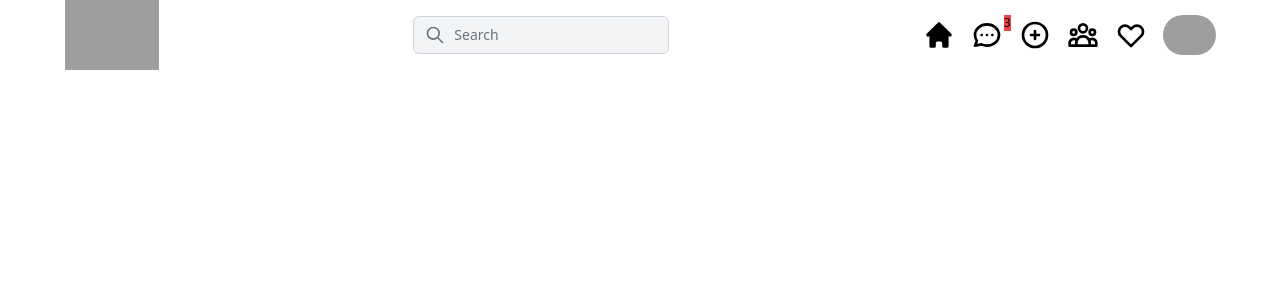
Repository: Qu4ntumGuy/insta-clone
Page: /
The author's editor kept a copy of each file at every save. The page is drawn from the files as they stood at one save, then again after the next save.
The browser window is 1280 px wide. The pictures show the whole page.
Pictures or frames that could not be fetched are drawn as grey boxes. The project was rebuilt for these pictures with package versions that can differ from the ones it lists, and the page was loaded fresh each time. The framework's server and built-in components were replaced by stand-ins that run in the browser. Also part of the build but not shown: next.config.js.

Above is the page before, as saved 2022-03-16 13:17:42.

After the next save:
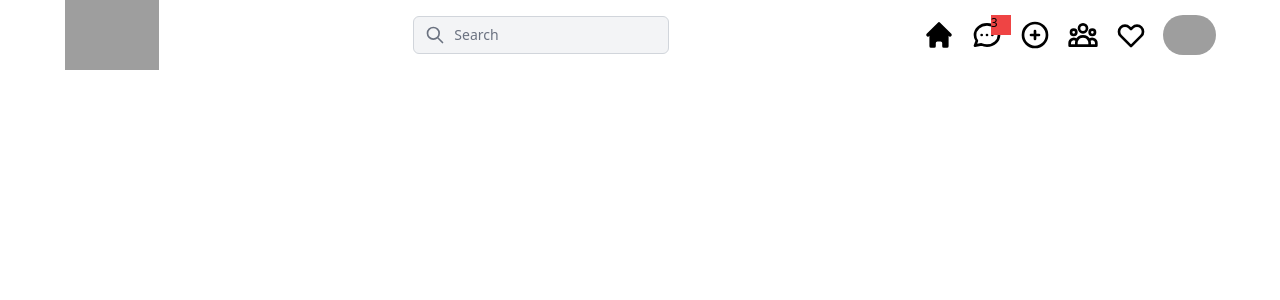
Saved 56 s later.
--- a/components/Header.js
+++ b/components/Header.js
@@ -43,7 +43,7 @@ const Header = () => {
           <HomeIcon className=" h-8 w-8" />
           <div className=" relative">
             <ChatIcon className=" h-8 w-8" />
-            <div className=" absolute -top-1 -right-2 text-xs bg-red-500">3</div>
+            <div className=" absolute -top-1 -right-2 text-xs h-5 w-5 bg-red-500">3</div>
           </div>
           <PlusCircleIcon className=" h-8 w-8" />
           <UserGroupIcon className="h-8 w-8" />
